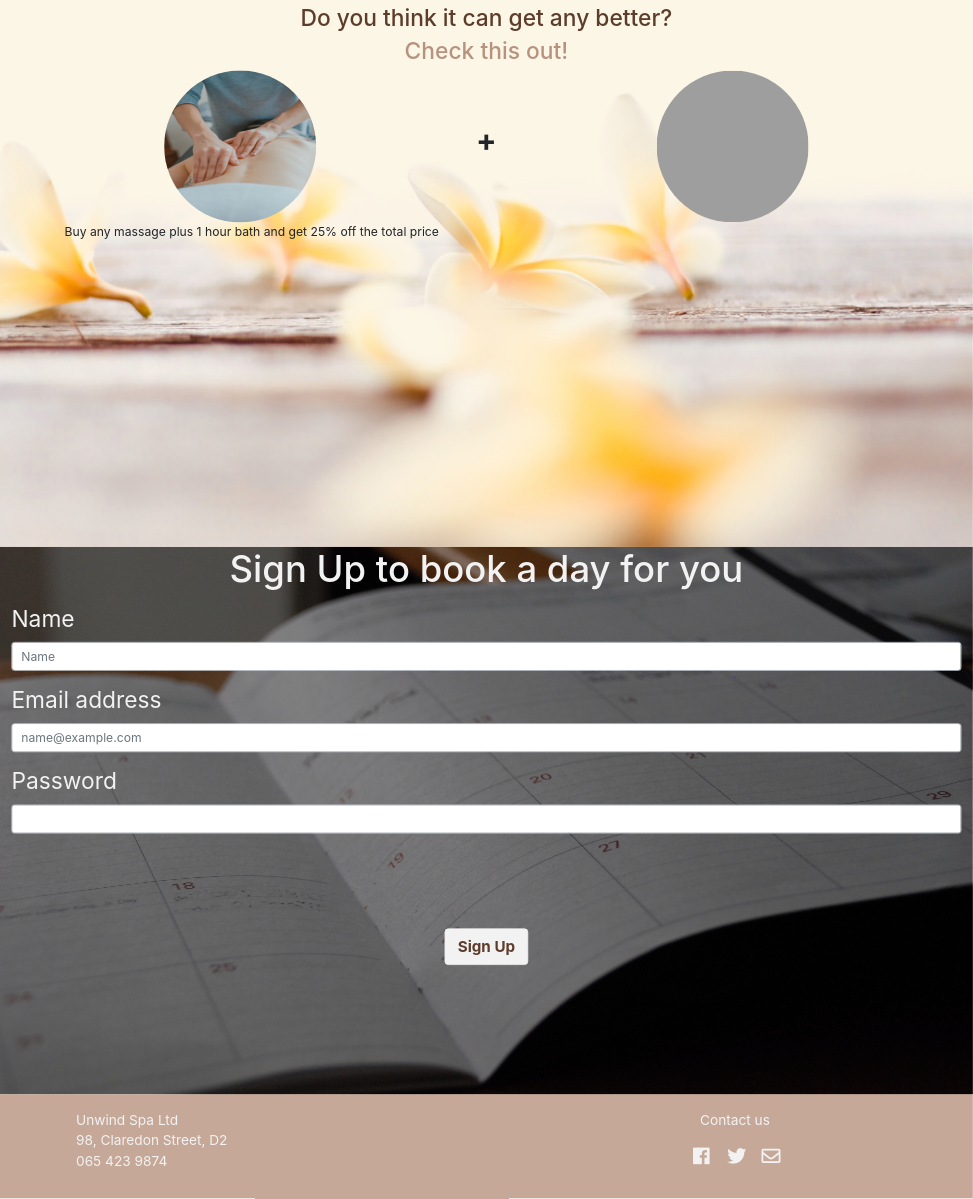
Repository: Code-Institute-Submissions/spa-website
Page: index.html
The author's editor kept a record of every edit. The page is drawn from the files as they stood at one moment, then again after the next edit.
The browser window is 1280 px wide. The pictures show the part of the page from y = 3151 to 4728 px (the page is 4728 px tall), at 76% of full size.
Pictures or frames that could not be fetched are drawn as grey boxes. An inner scrolling area shows only its first screen. Backgrounds fixed to the window are drawn as part of the page. Some web libraries are served in a nearby version.

Above is the page before.

### index.html
<!DOCTYPE html>
<html lang="en">

<head>
  <meta charset="UTF-8">
  <meta name="viewport" content="width=device-width, initial-scale=1.0">
  <meta http-equiv="X-UA-Compatible" content="ie=edge">
  <link rel="stylesheet" href="https://use.fontawesome.com/releases/v5.1.1/css/all.css" integrity="sha384-O8whS3fhG2OnA5Kas0Y9l3cfpmYjapjI0E4theH4iuMD+pLhbf6JI0jIMfYcK3yZ" crossorigin="anonymous">
  <link href="https://fonts.googleapis.com/css?family=Nobile" rel="stylesheet">
  <link rel="stylesheet" href="assets/css/style.css" type="text/css" />
  <link rel="stylesheet" href="https://stackpath.bootstrapcdn.com/bootstrap/4.3.1/css/bootstrap.min.css" integrity="sha384-ggOyR0iXCbMQv3Xipma34MD+dH/1fQ784/j6cY/iJTQUOhcWr7x9JvoRxT2MZw1T" crossorigin="anonymous">
  <title>Spa Website</title>
</head>

<body>


  <!--------------------------Navigation Section---------------------------->

  <nav class="navbar navbar-expand-lg navbar-light fixed-top">
    <div class="container">
      <div>
        <ul class="navbar-nav ml-auto toptitle">
          <li class="nav-item">
            <a class="navbar-brand" href="#home">Unwind</a>
          </li>
        </ul>
      </div>
      <button class="navbar-toggler" type="button" data-toggle="collapse" data-target="#navbarcontent" aria-controls="navbarcontent" aria-expanded="false" aria-label="Toggle navigation">
            <span class="navbar-toggler-icon"></span>
        </button>

      <div class="collapse navbar-collapse" id="navbarcontent">
        <ul class="navbar-nav ml-auto">
          <li class="nav-item active">
            <a class="nav-link" href="#">Home
                        <span class="sr-only">(current)</span>
                    </a>
          </li>
          <li class="nav-item">
            <a class="nav-link" href="#about">About</a>
          </li>
          <li class="nav-item">
            <a class="nav-link" href="#massage">Massage</a>
          </li>
          <li class="nav-item">
            <a class="nav-link" href="#bathing">Bathing</a>
          </li>
          <li class="nav-item">
            <a class="nav-link" href="#offer">Offer</a>
          </li>
        </ul>
      </div>
    </div>
  </nav>

  <!-------------------------------Landing Page------------------------------>

  <div class="home-area" id="home">
    <div class="container-fluid">
      <div class="row">
        <div class="col-md-12">
          <div class="home-text">
            <h1 id="titlepg">Take time for yourself</h1>
          </div>
          <div class="button">
            <button type="button" class="btn-btn-primary btn-lg" id="buttonpg">Book Now</button>
          </div>
        </div>
      </div>
    </div>
  </div>


  <!--------------------------------About us--------------------------------->

  <section id="about-us" class="about-us">
    <div id="container-fluid">
      <div class="row no-gutters">
        <div class="col-12 col-md-6 d-flex align-items-center order-1 order-md-0">
          <div class="abouttxt">
            <h2 class="important">About us</h2>
            <div class="description">
              <p>Our Amazing Spa is on the Market for 13 years, located in the heart of Dublin City Center for easy access.</p>
              <p>We're always updating ourselves to provide the best treatments available for you to have your deserved time to relax!</p>
              <div class="details">
                <p>Opening Times</p>
                <p>Mon-Sat 9am-7pm</p>
                <p>Location</p>
                <p>98,Claredon Street,Dublin 2</p>
              </div>
            </div>
          </div>
        </div>
        <div class="col-12 col-md-6 order-0 order-md-1" id="about">
        </div>
      </div>
    </div>

  </section>




  <!------------------------------------Massage-------------------------------->

  <section id="massage" class="massage">
    <div class="container-fluid">
      <div class="row">
        <div class="col-12 col-md-6 order-0 order-md-2" id="cover">
        </div>
        <div class="col-12 col-md-6 d-flex align-items-center order-3">
          <div id="masstop">
            <h2 class="titlemass">Massage</h2>
            <div id="secondline">
              <p>Choose what suits you by type and intensity</p>
            </div>
            <div class="containerlist">
              <div class="row">
                <div class="col-12 col-md-6">
                  Trigger point
                </div>
                <div class="col-12 col-md-6" id="bar">
                  <div class="progress">
                    <div class="progress-bar-low" role="progressbar" style="width: 25%" aria-valuenow="10" aria-valuemin="0" aria-valuemax="100">low</div>
                  </div>
                </div>
              </div>

              <div class="row">
                <div class="col-12 col-md-6">
                  Swedish
                </div>
                <div class="col-12 col-md-6" id="bar1">
                  <div class="progress">
                    <div class="progress-bar-medium" role="progressbar" style="width: 50%" aria-valuenow="10" aria-valuemin="0" aria-valuemax="100">medium</div>
                  </div>
                </div>
              </div>


              <div class="row">
                <div class="col-12 col-md-6">
                  Deep Tissue
                </div>
                <div class="col-12 col-md-6" id="bar2">
                  <div class="progress">
                    <div class="progress-bar-high" role="progressbar" style="width: 100%" aria-valuenow="10" aria-valuemin="0" aria-valuemax="100">high</div>
                  </div>
                </div>
              </div>

              <div class="row">
                <div class="col-12 col-md-6">
                  Hot Stone
                </div>
                <div class="col-12 col-md-6" id="bar3">
                  <div class="progress">
                    <div class="progress-bar-high" role="progressbar" style="width: 100%" aria-valuenow="10" aria-valuemin="0" aria-valuemax="100">high</div>
                  </div>
                </div>
                <div class="circles">
                  <div class="row">
                    <div class="col-12">
                      <span><i class="fas fa-square" id="low-square"></i> 45 minutes - €45,00</span><br>
                      <span><i class="fas fa-square" id="medium-square"></i> 60 minutes - €55,00</span><br>
                      <span><i class="fas fa-square" id="high-square"></i> 30 minutes - €65,00</span>
                    </div>
                  </div>
                </div>
              </div>
            </div>
          </div>
        </div>
      </div>
    </div>
  </section>



  <!------------------------------------Bathing------------------------------>

  <section id="bathing" class="bathing">
    <div id="hero-bath">
      <div id="hero-overlay-bath">
        <div class="container-fluid" id="text-bath-content">
          <div class="row">
            <div class="col-12">
              <div id="bath-title">
                <h2 class="titlebath">Deluxe Bathing Room</h2>
              </div>
              <div id="textbath">
                <span><i class="fa fa-user-alt"></i>1 hour bath for one person- €45,00</span>
                </br>
                <span><i class="fa fa-user-friends"></i> 1 hour bath for a couple- €60,00</span>
              </div>
              <div class="bottom-bt-txt">
                <p class="bottom"> Need extra time? 50% off on the next hour</p>
              </div>
            </div>
          </div>
        </div>
      </div>
    </div>
    </div>
  </section>




  <!------------------------------------Offer-------------------------------->
  <section id="offer" class="offer">
    <div id="hero-offer">
      <div class="container" id="wrapoffer">
        <div class="title">
          <h2 id="top">Do you think it can get any better?</h2>
          <h3 id="secondtop">Check this out!</h3>
        </div>
        <div class="row" id="roundpics">
          <div class="col-sm-5">
            <img src="images/massagepic.jpg" class="rounded-circle" alt="massage">
          </div>
          <div class="col-sm-2">
            <p id="signplus">+</p>
          </div>
          <div class="col-sm-5">
            <img src="./images/bath.jpg" class="rounded-circle" alt="bath">
          </div>
        </div>

        <div clas="textoffer">
          <p id="bottom">Buy any massage plus 1 hour bath and get 25% off the total price</p>
        </div>
      </div>
    </div>

  </section>

  <!------------------------------------Form--------------------------------->
  <section id="form" class="form">
    <div id="hero-cal">
      <div id="hero-overlay-cal">
        <div class="container-fluid">
          <div class="row">
            <div class="col-md-12">
              <h2 class="formt">Sign Up to book a day for you</h2>
              <form>
                <div class="form-group ">
                  <label for="name">Name</label>
                  <input type="email" class="form-control" id="name" placeholder="Name" required>
                </div>
                <div class="form-group">
                  <label for="emailaddress">Email address</label>
                  <input type="email" class="form-control" id="emailaddress" placeholder="name@example.com" required>
                </div>
                <div class="form-group">
                  <label for="pwd">Password</label>
                  <input type="password" class="form-control" id="pwd">
                </div>
                <button type="submit" class="btn btn-primary btn-lg" id="buttonform">Sign Up</button>
              </form>
            </div>
          </div>
        </div>
      </div>
    </div>
  </section>

  <!-----------------Footer------------------->
  <div class="footer-main-div">
    <div class="container-fluid">
      <div class="row">
        <div class="col-6" id="address">
          <p class="font-color-main">
            Unwind Spa Ltd<br> 98, Claredon Street, D2<br> 065 423 9874</p>
        </div>
        <div class="col-6" id="sicons">
          <p class="font-color-main" id="contact">
            Contact us
          </p>
          <div class="footer-social-icons">
            <ul>
              <li><a href="https://www.facebook.com"><i class="fab fa-facebook"></i></a></li>
              <li><a href="https://twitter.com"><i class="fab fa-twitter"></i></a></li>
              <li><a href="mailto:unwindnow@gmail.com"><i class="far fa-envelope"></i></a></li>
            </ul>
          </div>
        </div>
      </div>
    </div>
  </div>
  <!---------------------------------------end---------------------------->
  <script src="https://code.jquery.com/jquery-3.4.1.js"></script>
  <script src="https://cdnjs.cloudflare.com/ajax/libs/popper.js/1.15.0/umd/popper.min.js"></script>
  <script src="https://stackpath.bootstrapcdn.com/bootstrap/4.3.1/js/bootstrap.min.js"></script>
</body>

</html>

### assets/css/style.css
@import url('https://fonts.googleapis.com/css?family=Montserrat:400,700');

body {
  overflow-x: hidden;
  margin: 0 auto;
  height: 100%;
  width: 100%;
  position: relative;
}

/*-----Navigation bar----*/

nav {
  color: #f1f1f1;
  background-color: #C6A898;
}

.navbar-brand {
  height: 2rem;
  color: #f2f2f2;
  font-family: segoe print;
  font-size: 32px;
  padding-bottom: 30px;
}

.toptitle {
  list-style: none;
}




/*------Landing Page----*/

.home-area {
  background: url('../../images/landing.jpg');
  background-position: center center;
  -webkit-background-size: cover;
  background-size: cover;
  height: 100vh;
  overflow-x: hidden;
}

.home-text {
  margin: 0 auto;
  text-align: center;
  height: auto;
}

#titlepg {
  font-size: 84px;
  padding: 30px;
  color: #C6A898;
  text-shadow: 2px 1px 2px black;
  height: auto;
}

#buttonpg {
  background-color: #f2f2f2;
  color: #5C3C2A;
  border-color: #f2f2f2;
  font-weight: bold;
  display: block;
  margin: 0 auto;
  margin-top: 10%;
}

@media (max-width:320px) {
  #titlepg {
    margin-top: 20%;
    font-size: 68px;

  }

  #buttonpg {
    margin-top: 5%;
    margin-bottom: 10%;
  }
}

@media (min-width:340px) and (max-width:360px) {
  #titlepg {
    margin-top: 30%;
    font-size: 72px;

  }

  #buttonpg {
    margin-top: 15%;
    margin-bottom: 10%;
  }
}

@media (min-width: 400px) and (max-width: 413px) {
  #titlepg {
    margin-top: 40%;
  }

  #buttonpg {
    margin-top: 20%;
    margin-bottom: 20%;
  }
}

@media (min-width: 414px) and (max-width:590px) {
  #titlepg {
    margin-top: 30%;
  }

  #buttonpg {
    margin-top: 30%;
    margin-bottom: 10%;
  }
}

@media (min-width: 600px) {
  #buttonpg {
    margin-top: 20%;
    font-size: 36px;
    padding: 14px 40px;
  }

  #titlepg {
    margin-top: 40%;
  }
}



@media (min-width: 1024px) {
  #titlepg {
    margin-top: 50%;
  }
}

@media (min-width: 370px) and (max-width: 380px) {
  #titlepg {
    margin-top: 30%;
    font-size: 72px;
    height: auto;

  }

  #buttonpg {
    margin-top: 15%;
    margin-bottom: 10%;
    height: auto;
  }
}




/*--------------About Us----------*/

#about {
  background-attachment: fixed;
  background-image: url(' ../../images/aboutus.jpg');
  background-size: cover;
  background-repeat: no-repeat;
  position: relative;
  padding: 30px;
}

.about-us {
  background-color: #C6A898;
  margin: 0px;
}

.abouttxt {
  margin: 30px;

}

.important {
  padding: 40px 30px 40px;
  text-align: center;
  color: #5C3C2A;
  font-size: 54px;
  line-height: 44px;
}

.description p {
  padding: 0px 30px 20px;
  text-align: left;
  font-size: 24px;
  color: #5C3C2A;
  line-height: 40px;

}

.details {

  bottom: 0;
  padding-top: 10%;
  font-size: 1rem;

}

.details p {
  text-align: left;
  color: #5C3C2A;

}

@media (min-width: 700px) and (max-width: 1000px) {
  .description p {
    line-height: 30px;

  }
}

@media (min-width: 100px) and (max-width:770px) {
  #about {
    height: 100vh;
  }
}


/*------------------Massage---------------*/

#cover {
  background-attachment: fixed;
  background-image: url('../../images/massagepic.jpg');
  background-size: cover;
  background-repeat: no-repeat;
  position: relative;
  padding: 30px;
  margin: 0px;
  width: 100%;
}



#massage {
  background-color: #BCBABA;
  color: #f2f2f2;
  margin: 0px;
}

#masstop {
  margin: 30px;
}

.titlemass {
  font-size: 54px;
  color: #f2f2f2;
  text-align: center;
  padding: 40px 30px 40px;

}

#secondline {
  font-size: 24px;
  color: #f2f2f2;
  text-align: center;
}

.containerlist {
  width: 100%;
  height: 100%;
  font-size: 24px;
  line-height: 70px;
  padding: 30px;
}

#bar,
#bar1,
#bar2,
#bar3 {
  margin-top: 30px;
}

.progress-bar-low {
  background-color: #EFAE9E;
  color: #f2f2f2;
}

.progress-bar-medium {
  background-color: #F18C76;
}

.progress-bar-high {
  background-color: #FE6640;
}

.circles {
  padding-top: 30px;
}

#low-square {
  color: #EFAE9E;
}

#medium-square {
  color: #F18C76;
}

#high-square {
  color: #FE6640;
}

tbody {
  font-weight: normal;
  font-size: 36px;
  color: #f2f2f2;
}

thead {
  font-size: 36px;
  color: #f2f2f2;
}



@media (max-width: 320px) {
  .containerlist {
    font-size: 18px;
    padding-right: 60px;
  }

  #secondline {
    padding-right: 35px;
  }

  .circles {
    padding-left: 15px;
  }

}

@media (max-width: 600px) {
  #cover {
    height: 100vh;
  }

}

@media (min-width: 700px) and (max-width:1000px) {
  .containerlist {
    padding: 10px;
  }
}



/*------------Bathing---------*/

bathing {
  margin: 0px;
  padding: 0px;

}

#hero-bath {
  background-image: url('../../images/bath.jpg');
  background-size: cover;
  background-position: center center;
  position: relative;
  top: 0;
  bottom: 0;
  height: 100vh;
  z-index: -10;
}

#hero-overlay-bath {
  position: absolute;
  background-color: rgba(0, 0, 0, 0.5);
  top: 0px;
  bottom: 0px;
  height: 100%;
  width: 100%;
  z-index: -5;
}

#rowbath {
  height: 100%;
}

#text-bath-content {
  margin: 0px;
  position: relative;
  height: 100%;
  width: 100%;

}

#bath-title {
  color: #f1f1f1;
  text-align: center;
  padding-top: 55px;
  font-size: 68px;

}

#textbath {
  color: #f1f1f1;
  padding-top: 55px;
  padding-left: 10px;
}

.bottom {
  color: #f1f1f1;
  text-align: center;
  margin-top: 250px;

}

@media (min-width:374px) and (max-width:767px) {
  #textbath {
    padding-top: 120px;
    font-size: 18px;
  }

  .bottom {
    margin-top: 350px;
    font-size: 18px;
  }
}

@media (min-width:768px) and (max-width:1023px) {

  .titlebath {
    font-size: 46px;
    padding-top: 50px;
  }

  #textbath {
    padding-top: 200px;
    font-size: 24px;
    padding-left: 20px;
  }

  .bottom {
    font-size: 24px;
    margin-top: 400px;
  }
}

@media (min-width:1023px) and (max-width:1026px) {
  .titlebath {
    font-size: 46px;
    padding-top: 50px;
  }

  #textbath {
    font-size: 24px;
    padding-left: 40px;
    padding-top: 250px;

  }

  .bottom {
    font-size: 24px;
    padding-top: 450px;

  }
}



/*-----------Offer----------*/

#hero-offer {
  background-image: url('../../images/backgroundflwr.jpg');
  background-size: cover;
  background-position: center center;
  position: relative;
  top: 0;
  bottom: 0;
  height: 100vh;
  z-index: -10;
}

.container {

  align-items: center;
  width: 100%;


}

.title {
  margin-top: auto;
}

#top {
  font-size: 30px;
  color: #5C3C2A;
  text-align: center;
  padding-top: 5px;
}

#secondtop {
  font-size: 30px;
  color: #B7927E;
  text-align: center;
}

.offermsg {
  font-size: 18px;
  color: #5C3C2A;
  text-align: center;
  font-weight: bold;


}

#signplus {
  text-align: center;
  font-weight: bold;
  font-size: 40px;

}

#roundpics {
  width: 100%;
  height:100%;
  margin: 0 auto;
  overflow: hidden;
  align-items: center;
  justify-content: space-around;
  display: flex;
  float: none;
}

.rounded-circle {
  width: 200px;
  height: 200px;
  display: block;
  margin: 0 auto;

}




@media (max-width: 321px) {
  .offermsg {
    font-size: 14px;

  }

  #signplus {
    padding: 0px;
  }

  .rounded-circle {
    width: 130px;
    height: 130px;

  }

  #top,
  #secondtop {
    font-size: 24px;
  }
}

@media (min-width:330px) and (max-width:361px) {
  .rounded-circle {
    width: 120px;
    height: 120px;
  }
}



@media (min-width: 700px) and (max-width: 1000px) {
  #top,
  #secondtop {
    font-size: 36px;

  }

  .rounded-circle {
    width: 260px;
    height: 260px;
    display: block;
    margin: 0 auto;

  }

  #roundpics {
    margin: 0 auto;
  }

  .offermsg {
    font-size: 36px;
    margin: 0 auto;

  }

}

@media (min-width:1023px) and (max-width:1025px){
  #top,
  #secondtop {
    font-size: 42px;

  }

  .rounded-circle {
    width: 320px;
    height: 320px;
    display: block;
    margin: 0 auto;

  }

  #roundpics {

    margin: 0 auto;

  }


  .offermsg {
    font-size: 36px;
    margin: 0 auto;

  }
}



/*----------Form----------*/

#hero-cal {
  background-attachment: fixed;
  background-image: url('../../images/calendar.jpg');
  background-size: cover;
  background-position: center center;
  position: relative;
  top: 0;
  bottom: 0;
  height: 100vh;
  z-index: 5;
  overflow: auto;
  width: 100%;

}

#hero-overlay-cal {
  position: absolute;
  background-color: rgba(0, 0, 0, 0.5);
  top: 0;
  bottom: 0;
  right: 0;
  left: 0;
  height: 100%;
  width: 100%;
  overflow: auto;
  z-index: 10;


}

.formt {
  color: #f2f2f2;
  font-size: 48px;
  text-align: center;
}

.form-group {
  color: #f2f2f2;
  font-size: 30px;
  text-align: left;
  margin-top: 15px;


}

#buttonform {
  background-color: #f2f2f2;
  color: #5C3C2A;
  border-color: #f2f2f2;
  font-weight: bold;
  display: block;
  margin: 0 auto;
  margin-top: 10%;
  margin-bottom: 10%;
}





/*--------Footer------*/

.footer-main-div {
  position: relative;
  left: 0;
  bottom: 0;
  width: 100%;
  background: #C6A898;
  padding: 20px 0px;
}

#address {
  color: #f2f2f2;
  font-size: 18px;
  padding-left: 30px;
}

#sicons {
  color: #f2f2f2;
  font-size: 18px;
  width: 100%;
  text-align: center;
  padding-bottom: 10px;
}

.footer-social-icons {
  width: 100%;

}

.footer-social-icons ul {
  margin: 0px;
  padding: 0px;
}

.footer-social-icons ul li {
  display: inline-block;
  width: 20px;
  height: 20px;
  margin: 0px 10px;
  border-radius: 100%;
  background: #C6A898;
}

.footer-social-icons ul li a {
  color: #f2f2f2;
  font-size: 25px;
}

.footer-social-icons ul li a i {
  line-height: 30px;
}

@media (min-width:760px) {
  #address {
    padding-left: 100px;
  }
}

@media (min-width:1024px) {
  #sicons {
    padding-right: 1px;
  }
}

After the next edit:
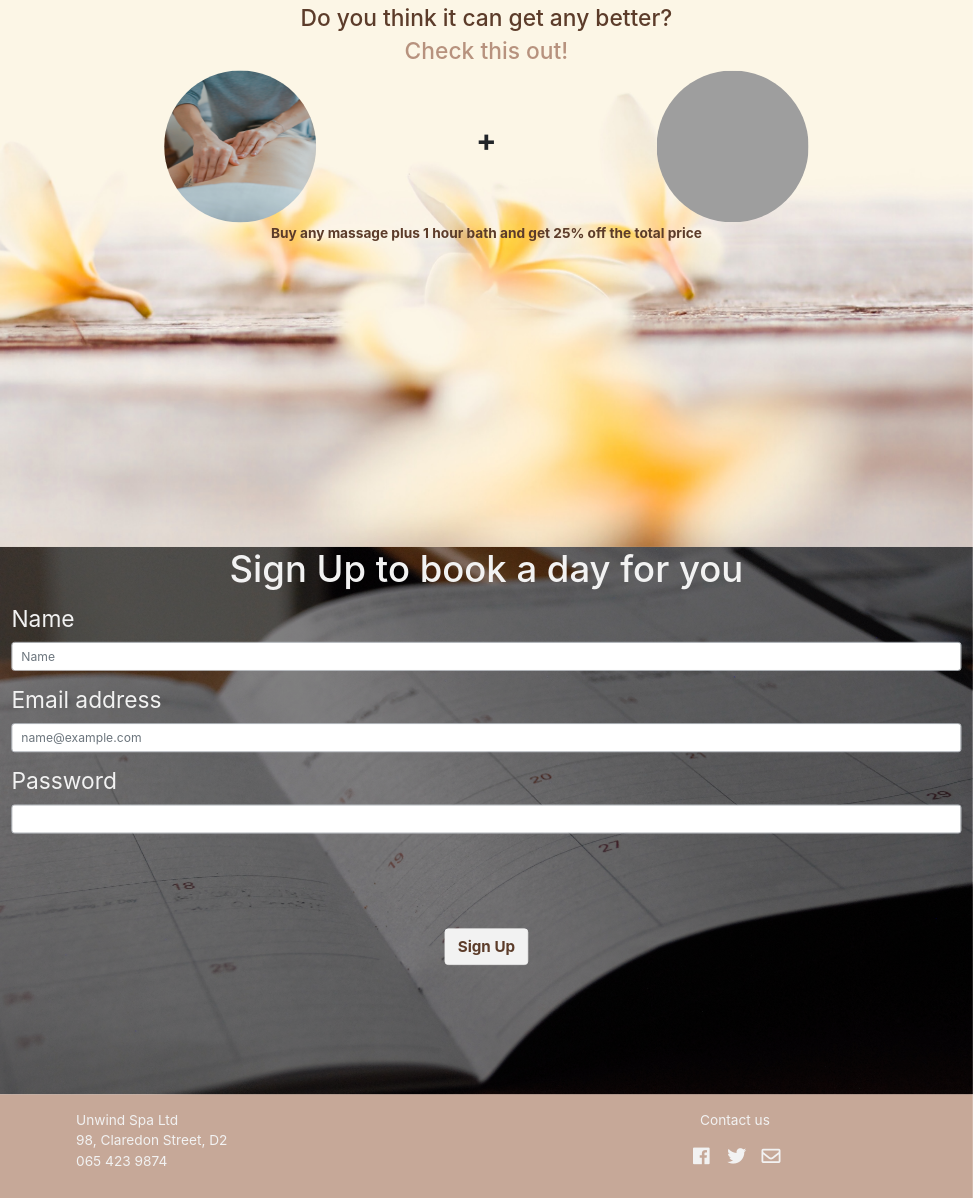
The edit:
--- a/index.html
+++ b/index.html
@@ -228,8 +228,7 @@
           </div>
         </div>
 
-        <div clas="textoffer">
-          <p id="bottom">Buy any massage plus 1 hour bath and get 25% off the total price</p>
+          <p class="offermsg">Buy any massage plus 1 hour bath and get 25% off the total price</p>
         </div>
       </div>
     </div>
